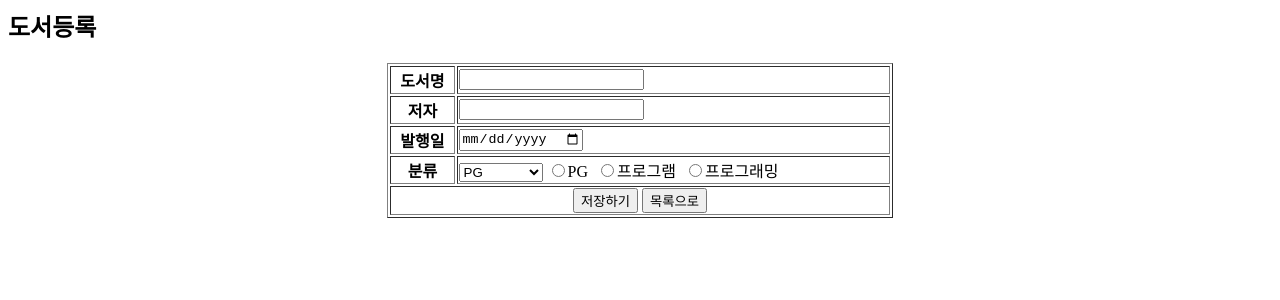
Repository: Mildous/HKIT-BackendClass
Page: http://localhost/jspTest/BookInfo/insert_sub.jsp
The author's editor kept a copy of each file at every save. The page is drawn from the files as they stood at one save, then again after the next save.
The browser window is 1280 px wide. The pictures show the whole page.
The page is served by Tomcat 9. Other server files are loaded and not shown.

Above is the page before, as saved 2022-08-16 08:04:33.

### workspace/jsp/jspTest/WebContent/BookInfo/insert_sub.jsp
<%@ page language="java" contentType="text/html; charset=UTF-8"
    pageEncoding="UTF-8"%>

<h2>도서등록</h2>

<form name="DirForm">
<table border="1" width="40%" align="center">
	<tr>
		<th>도서명</th>
		<td><input type="text" name="subject" id="subject"></td>
	</tr>
	<tr>
		<th>저자</th>
		<td><input type="text" name="authorNo" id="authorNo"></td>
	</tr>
	<tr>
		<th>발행일</th>
		<td><input type="date" name="created" id="created"></td>
	</tr>
	<tr>
		<th>분류</th>
		<!--  <td><input type="text" name="profileNo" id="profileNo"></td> -->
		<td>
			<select name="profileNo">
				<option value="1">PG</option>
				<option value="2">프로그램</option>
				<option value="3">프로그래밍</option>
			</select>
			<input type="radio" name="profileNo" value="1">PG&nbsp;
			<input type="radio" name="profileNo" value="2">프로그램&nbsp;
			<input type="radio" name="profileNo" value="3">프로그래밍
		</td>
	</tr>
	<tr>
		<td colspan="2" align="center">
			<button type="button" onClick="formSubmit();">저장하기</button>
			<button type="button" onClick="location.href='list.jsp';">목록으로</button>
		</td>
	</tr>
</table>
</form>

<script>
function formSubmit() {
	if(confirm('저장할까요?')) {
		document.DirForm.action = "insertProc.jsp";
		document.DirForm.method = "post";
		document.DirForm.submit();
	}
}
</script>

After the next save:
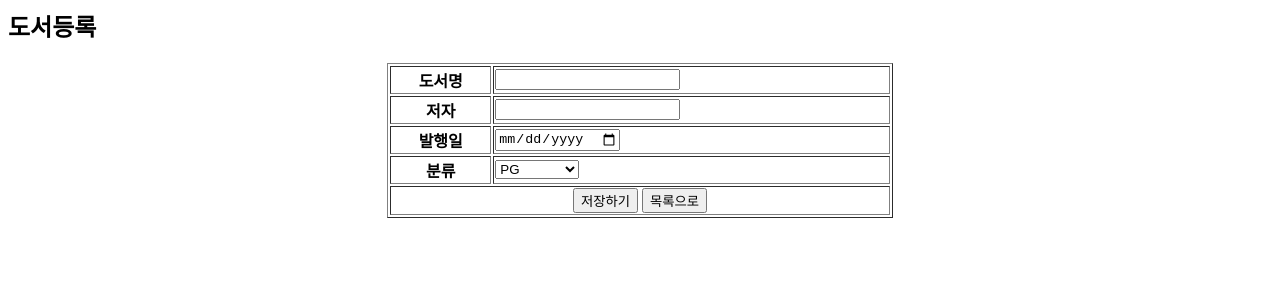
Saved 18 s later.
--- a/workspace/jsp/jspTest/WebContent/BookInfo/insert_sub.jsp
+++ b/workspace/jsp/jspTest/WebContent/BookInfo/insert_sub.jsp
@@ -26,9 +26,6 @@
 				<option value="2">프로그램</option>
 				<option value="3">프로그래밍</option>
 			</select>
-			<input type="radio" name="profileNo" value="1">PG&nbsp;
-			<input type="radio" name="profileNo" value="2">프로그램&nbsp;
-			<input type="radio" name="profileNo" value="3">프로그래밍
 		</td>
 	</tr>
 	<tr>
